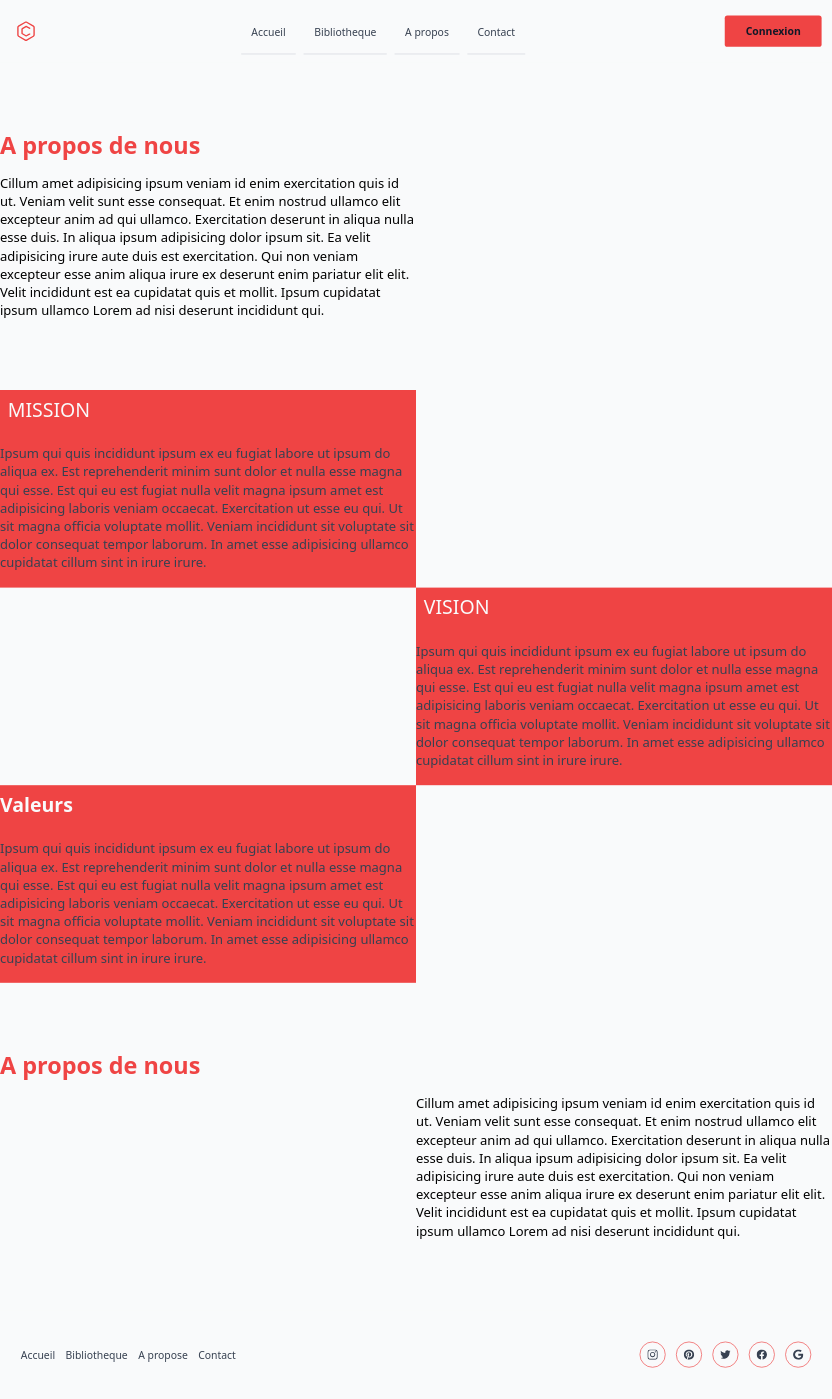
Repository: erulabs243/museum
Page: /about
An editor plug-in stored every save of this project. The page is shown before and after the next save, followed by the edit.
The browser window is 1280 px wide. The pictures show the whole page, at 65% of full size.
The project was rebuilt for these pictures with package versions that can differ from the ones it lists, and the page was loaded fresh each time. Also part of the build but not shown: vite.config.js, src/pages/admin/Home.jsx, src/pages/commons/NotFound.jsx, src/components/atoms/TagBadge.jsx, src/components/atoms/MyAudioPlayer.jsx, src/components/atoms/MyVideoPlayer.jsx, src/components/atoms/MediaCard.jsx, src/components/sections/Testimonial.jsx and 16 more.

Above is the page before, as saved 2022-08-10 14:18:49.

After the next save:
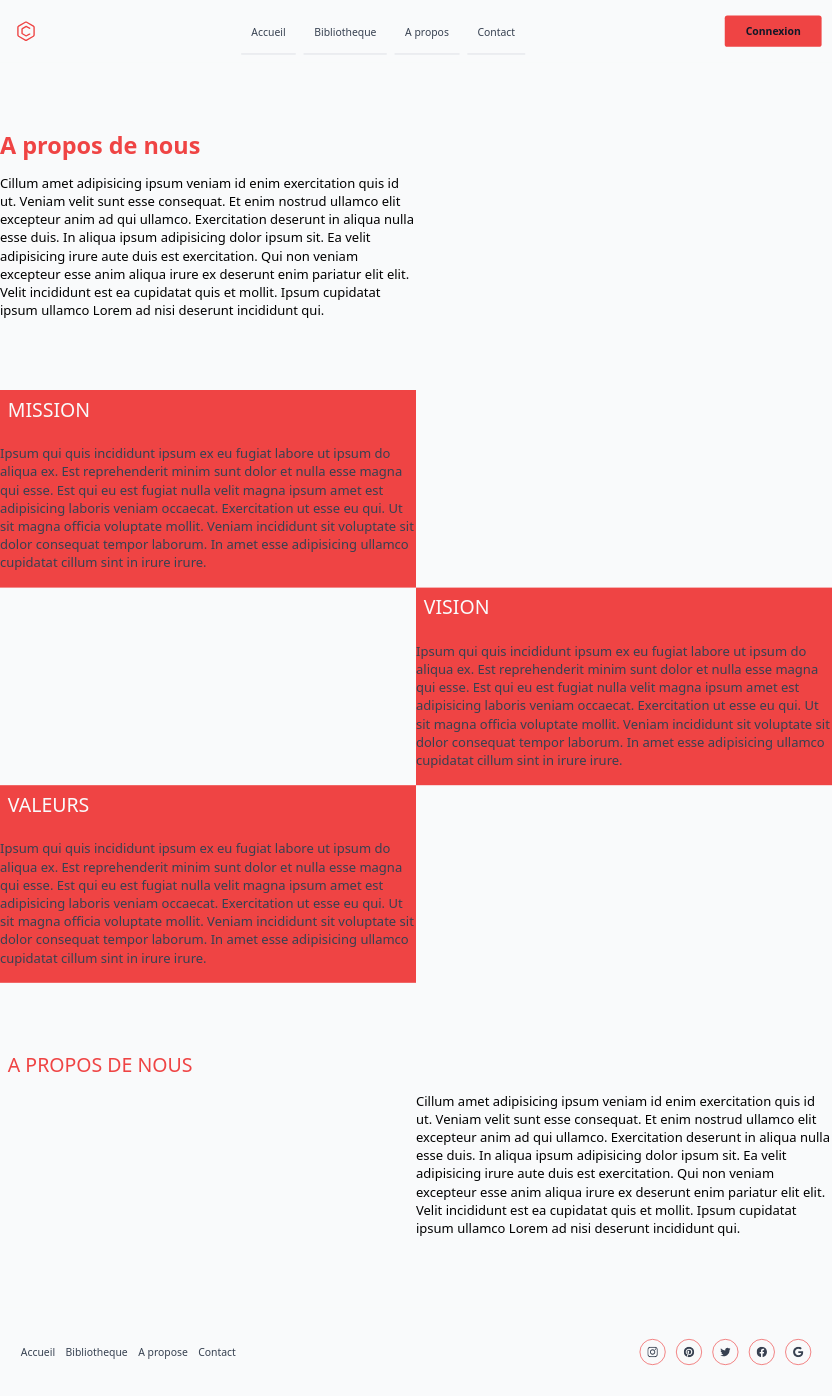
Saved 30 s later.
--- a/src/pages/user/About.jsx
+++ b/src/pages/user/About.jsx
@@ -67,7 +67,7 @@ const About = () => {
             <section>
                 <div className="grid grid-cols-2">
                     <div className="bg-red-500 text-gray-50 p-24">
-                        <h1 className="text-3xl text-left py-3 font-semibold">Valeurs</h1>
+                        <h1 className="text-3xl text-left py-3 px-3 uppercase">Valeurs</h1>
                         <p className="text-xl w-2/3 text-gray-700 mx-auto py-6">
                             Ipsum qui quis incididunt ipsum ex eu fugiat labore ut ipsum do aliqua
                             ex. Est reprehenderit minim sunt dolor et nulla esse magna qui esse. Est
@@ -84,7 +84,7 @@ const About = () => {
             {/* STORY */}
             <section className="py-24 bg-gray-50">
                 <div className="flex flex-col w-2/3 mx-auto">
-                    <h1 className="font-semibold text-4xl text-red-500 py-3 text-right">
+                    <h1 className="text-3xl text-red-500 py-3 px-3 uppercase text-right">
                         A propos de nous
                     </h1>
                     <div className="grid grid-cols-2 py-3">
